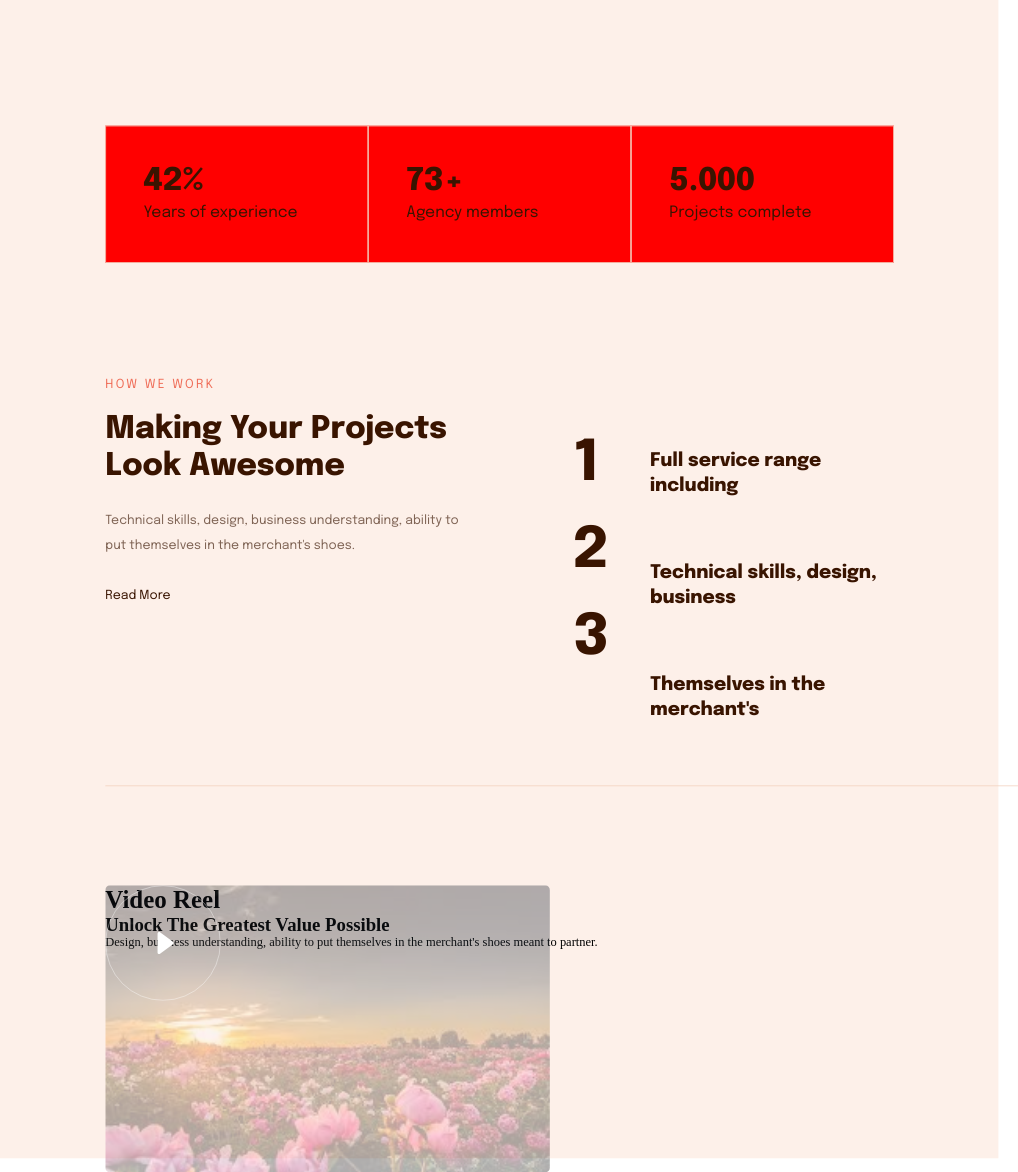
Repository: AytacJafarova/task2
Page: index.html
These files come from the project's save history. The page is drawn as it stood at one moment and after the next save; the edit follows.
The browser window is 1280 px wide. The page is 1305 px wide, so the pictures cover 1305 px, including what lies to the right of the window. The pictures show the whole page, at 78% of full size.

Above is the page before, as saved 2023-08-01 14:08:42.

### index.html
<!DOCTYPE html>
<html lang="en">

<head>
    <meta charset="UTF-8">
    <meta name="viewport" content="width=device-width, initial-scale=1.0">
    <title>Document</title>
    <link rel="stylesheet" href="./index.css">
</head>

<body>
    <div class="container">
        <div class="projects">
            <ul>
                <li>
                    <h1>42%</h1>
                    <p>Years of experience</p>
                </li>
                <li>
                    <h1>73+</h1>
                    <p>Agency members</p>
                </li>
                <li>
                    <h1>5.000</h1>
                    <p>Projects complete</p>
                </li>
            </ul>
        </div>
        <div class="work">
            <div class="box1">
                <h1>How we work</h1>
                <h2>Making Your Projects <br> Look Awesome</h2>
                <p class="put">Technical skills, design, business understanding, ability to put themselves in the
                    merchant's shoes.</p>
                <p>Read More</p>
            </div>
            <div class="box2">
                <ul>
                    <li>1</li>
                    <li>2</li>
                    <li>3</li>
                </ul>
                <div class="texts">
                    <h1>Full service range including</h1>
                    <h1>Technical skills, design, business</h1>
                    <h1>Themselves in the merchant's</h1>
                </div>
            </div>
        </div>
        <div class="border"></div>
        <div class="video">
            <div class="video-img">
                <img class="first" src="./images/images.jpg" alt="">
                <img src="./images/play.svg" alt="">
            </div>
            <div class="texts">
                <h1>Video Reel</h1>
                <h2>Unlock The Greatest Value Possible</h2>
                <p>Design, business understanding, ability to put themselves in the merchant's shoes meant to partner.
                </p>
            </div>
        </div>
    </div>
</body>

</html>

### index.css
@import url('https://fonts.googleapis.com/css2?family=Epilogue:wght@400;800&display=swap');
* {
    padding: 0;
    margin: 0;
    box-sizing: border-box;
}
.container {
    padding: 161px 134px 268px 135px;
    background: #FDF0E9;
}
.projects ul {
    display: flex;
    /* border-radius: 6px 0px 0px 6px; */
    background-color: red;
}
.projects ul li {
    display: flex;
    flex-direction: column;
    justify-content: center;
    list-style-type: none;
border: 1px solid #F3D1BF;
width: 33.33%;
height: 176px;
padding-left: 48px;
}
/* border-radius: 6px 0px 0px 6px;
border-radius: 0px 6px 6px 0px; */


.projects ul li h1 {
    color: var(--text-dark, #391400);
font-feature-settings: 'clig' off, 'liga' off;
font-family: Epilogue;
font-size: 40px;
font-style: normal;
font-weight: 800;
line-height: 48px;
}
.projects ul li p {
    color: var(--text-dark, #391400);
font-feature-settings: 'clig' off, 'liga' off;
font-family: Epilogue;
font-size: 20px;
font-style: normal;
font-weight: 400;
line-height: 32px;
}
.work {
    display:flex ;
    margin-top: 140px;
}
.box1 h1 {
    color: var(--text-dark-accent, #EF6D58);
font-feature-settings: 'clig' off, 'liga' off;
font-family: Epilogue;
font-size: 16px;
font-style: normal;
font-weight: 400;
line-height: 32px;
letter-spacing: 3px;
text-transform: uppercase;
margin-bottom: 17px;
}
.box1 h2 {
    color: var(--text-dark, #391400);
font-feature-settings: 'clig' off, 'liga' off;
font-family: Epilogue;
font-size: 40px;
font-style: normal;
font-weight: 800;
line-height: 48px;
margin-bottom: 30px;
}
.box1 .put {
    width: 470px;
height: 68px;
flex-shrink: 0;
    color: var(--text-dark-gray, rgba(57, 20, 0, 0.64));
font-feature-settings: 'clig' off, 'liga' off;
font-family: Epilogue;
font-size: 16px;
font-style: normal;
font-weight: 400;
line-height: 32px;
margin-bottom: 28px;
}
.box1 p {
    color: var(--text-dark, #391400);
font-feature-settings: 'clig' off, 'liga' off;
font-family: Epilogue;
font-size: 16px;
font-style: normal;
font-weight: 400;
line-height: 32px;
}
.box2 {
    display: flex;
    margin-left: 130px;
    margin-top: 78px;
}
.box2 ul li {
    list-style-type: none;
    color: #391400;
font-feature-settings: 'clig' off, 'liga' off;
font-family: Epilogue;
font-size: 72px;
font-style: normal;
font-weight: 800;
line-height: 80px;
letter-spacing: -2px;
margin-bottom: 32px;
}
.box2 .texts h1 {
    color: var(--text-dark, #391400);
font-feature-settings: 'clig' off, 'liga' off;
font-family: Epilogue;
font-size: 24px;
font-style: normal;
font-weight: 700;
line-height: 32px;
margin-bottom: 80px;
margin-top: 20px;
margin-left: 54px;
}
.border {
    width: 1170px;
height: 1px;
flex-shrink: 0;
background: #F3D1BF;
}
.video {
    display: flex;
    margin-top:127px;
}
.video .video-img .first  {
    width: 570px;
    height: 368px;
    flex-shrink: 0;
    border-radius: 6px;
opacity: 0.318057119846344;
background: #5C2000;
}
.video .video-img  img {
    width: 148px;
height: 148px;
flex-shrink: 0;
color: FFFFF;
margin-bottom: 0;
position: absolute;
}
.video-img {
    position: relative;
}

After the next save:
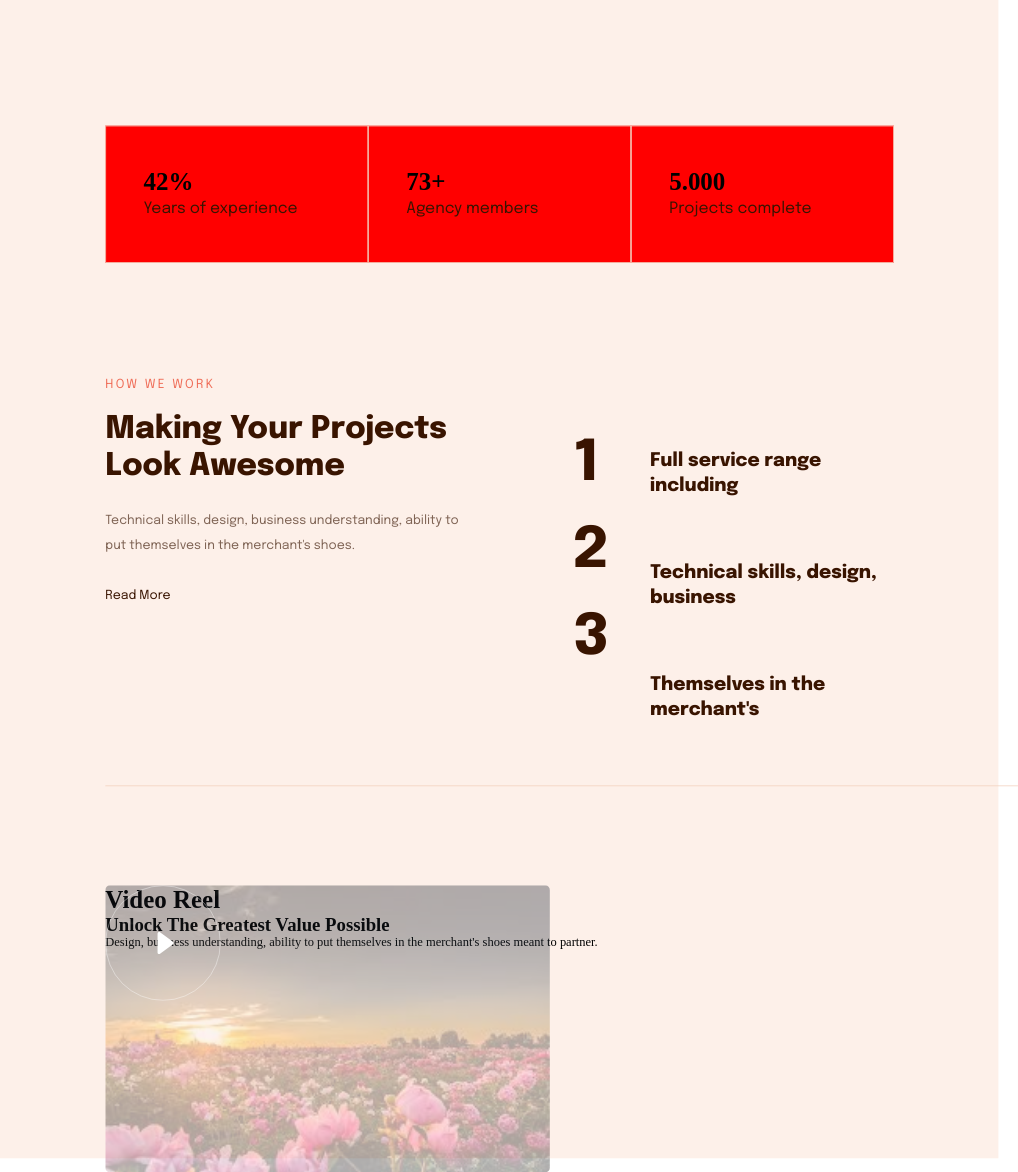
Saved 4 s later.
--- a/index.css
+++ b/index.css
@@ -23,6 +23,7 @@ width: 33.33%;
 height: 176px;
 padding-left: 48px;
 }
+l
 /* border-radius: 6px 0px 0px 6px;
 border-radius: 0px 6px 6px 0px; */
 
